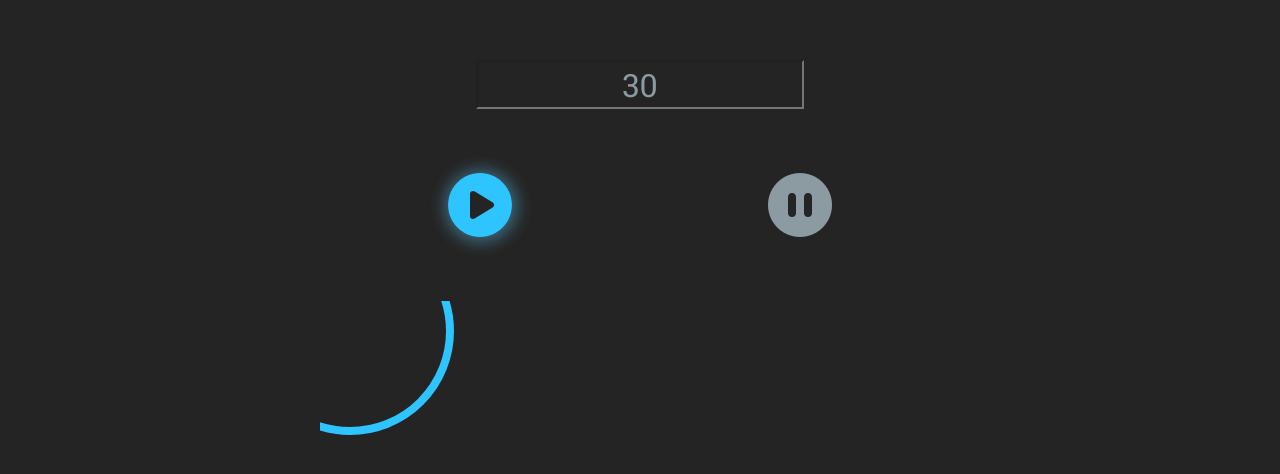
Repository: Sbethm/javascript-challenges
Page: index.html
These files come from the project's save history. The page is drawn as it stood at one moment and after the next save; the edit follows.
The browser window is 1280 px wide. The pictures show the whole page.
Some web libraries are served in a nearby version. The style sheet was rebuilt from its Sass, Less or Tailwind sources for each picture, by a compiler version that may differ from the author's.

Above is the page before, as saved 2021-09-17 15:43:42.

After the next save:
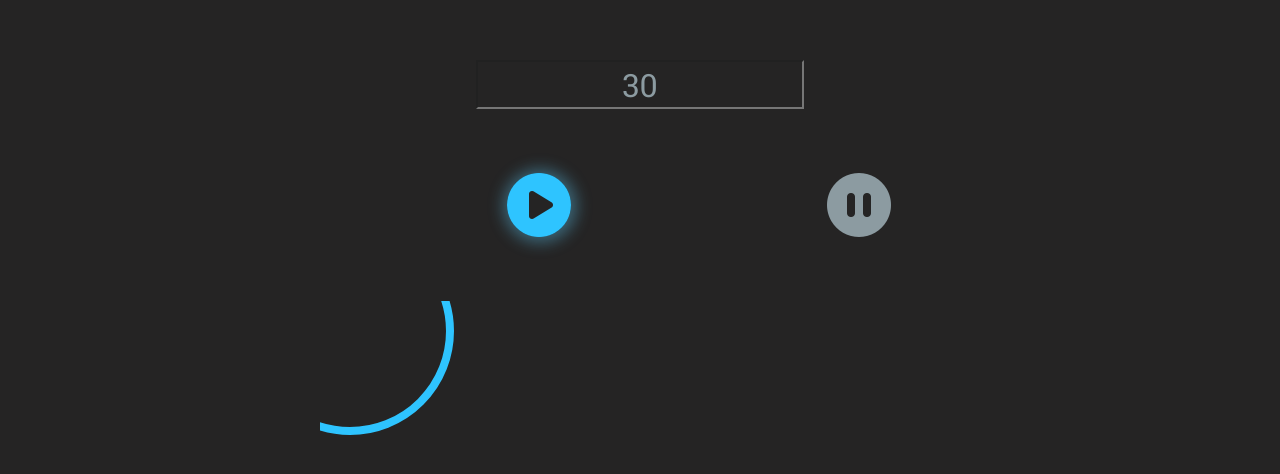
Saved 14 min 25 s later.
--- a/SCSS/main.scss
+++ b/SCSS/main.scss
@@ -17,8 +17,8 @@ main{
 
 .container {
     display: grid;
-    grid-template-columns: Max(8rem, 50%) Max(8rem, 50%);
-    grid-row: 25% 75%;
+    // grid-template-columns: Max(8rem, 50%) Max(8rem, 50%);
+    // grid-row: 25% 75%;
     width: Max(500px, 50%);
     padding: 1em;
     margin: 0 auto;
